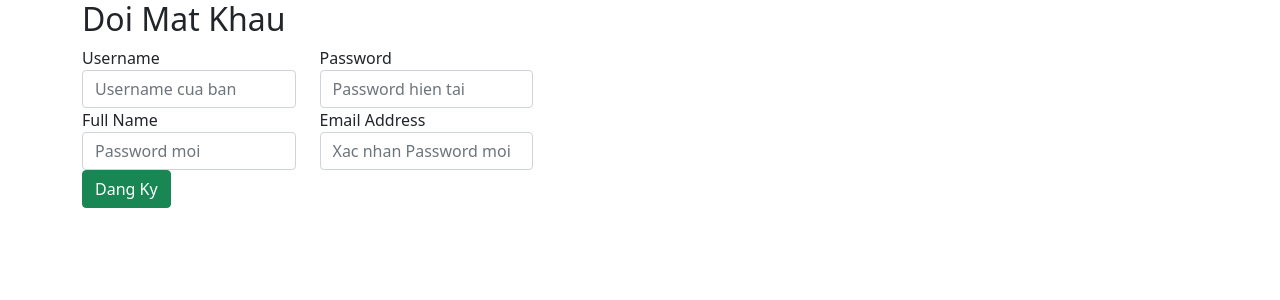
Repository: kiennd3921/AssJava4
Page: http://localhost/Assignment/view/auth/DangKy.jsp
The author's editor kept a copy of each file at every save. The page is drawn from the files as they stood at one save, then again after the next save.
The browser window is 1280 px wide. The pictures show the whole page.
The page is served by Tomcat 9.

Above is the page before, as saved 2021-04-15 15:26:02.

After the next save:
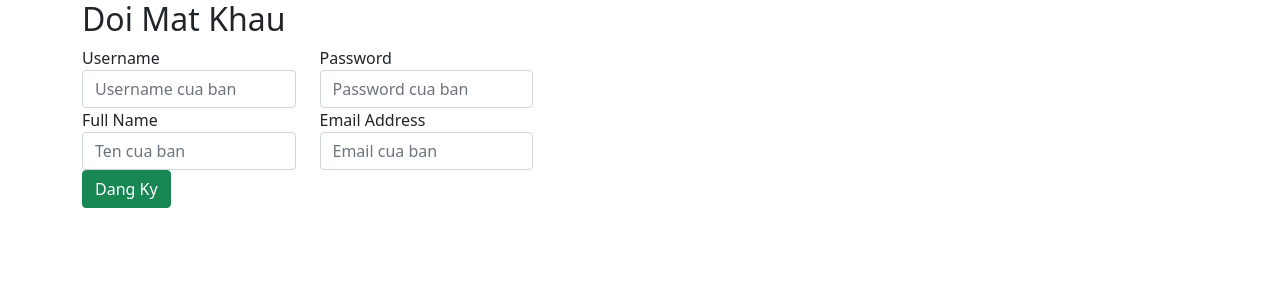
Saved 49 s later.
--- a/PT15307-UD/Assignment/WebContent/view/auth/DangKy.jsp
+++ b/PT15307-UD/Assignment/WebContent/view/auth/DangKy.jsp
@@ -28,18 +28,18 @@
 						</div>
 						<div class="col">
 							<label>Password</label> <input type="password"
-								class="form-control" placeholder="Password hien tai" required
+								class="form-control" placeholder="Password cua ban" required
 								name="">
 						</div>
 					</div>
 					<div class="row">
 						<div class="col">
 							<label>Full Name</label> <input type="text" class="form-control"
-								placeholder="Password moi" required name="">
+								placeholder="Ten cua ban" required name="">
 						</div>
 						<div class="col">
 							<label>Email Address</label> <input type="email"
-								class="form-control" placeholder="Xac nhan Password moi" required
+								class="form-control" placeholder="Email cua ban" required
 								name="">
 						</div>
 					</div>
